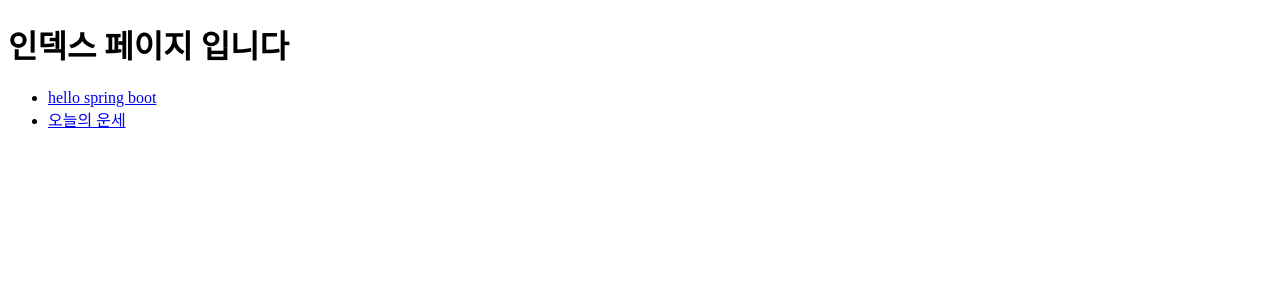
Repository: catfishlove/spring
Page: Boot02_Controller/src/main/resources/static/index.html
The author's editor kept a copy of each file at every save. The page is drawn from the files as they stood at one save, then again after the next save.
The browser window is 1280 px wide. The pictures show the whole page.

Above is the page before, as saved 2024-07-02 02:12:22.

After the next save:
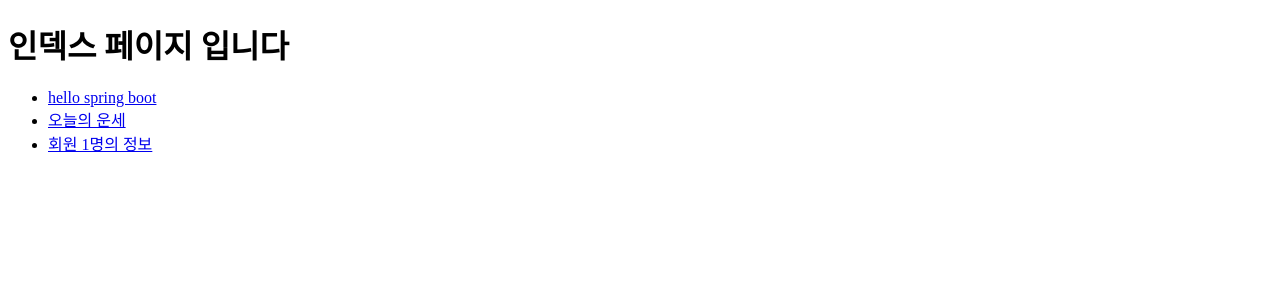
Saved 4 min 59 s later.
--- a/Boot02_Controller/src/main/resources/static/index.html
+++ b/Boot02_Controller/src/main/resources/static/index.html
@@ -10,6 +10,7 @@
 		<ul>
 			<li><a href="/boot02/hello">hello spring boot</a></li>
 			<li><a href="/boot02/fortune">오늘의 운세</a></li>
+			<li><a href="/boot02/member">회원 1명의 정보</a>
 		</ul>
 	</div>
 </body>
